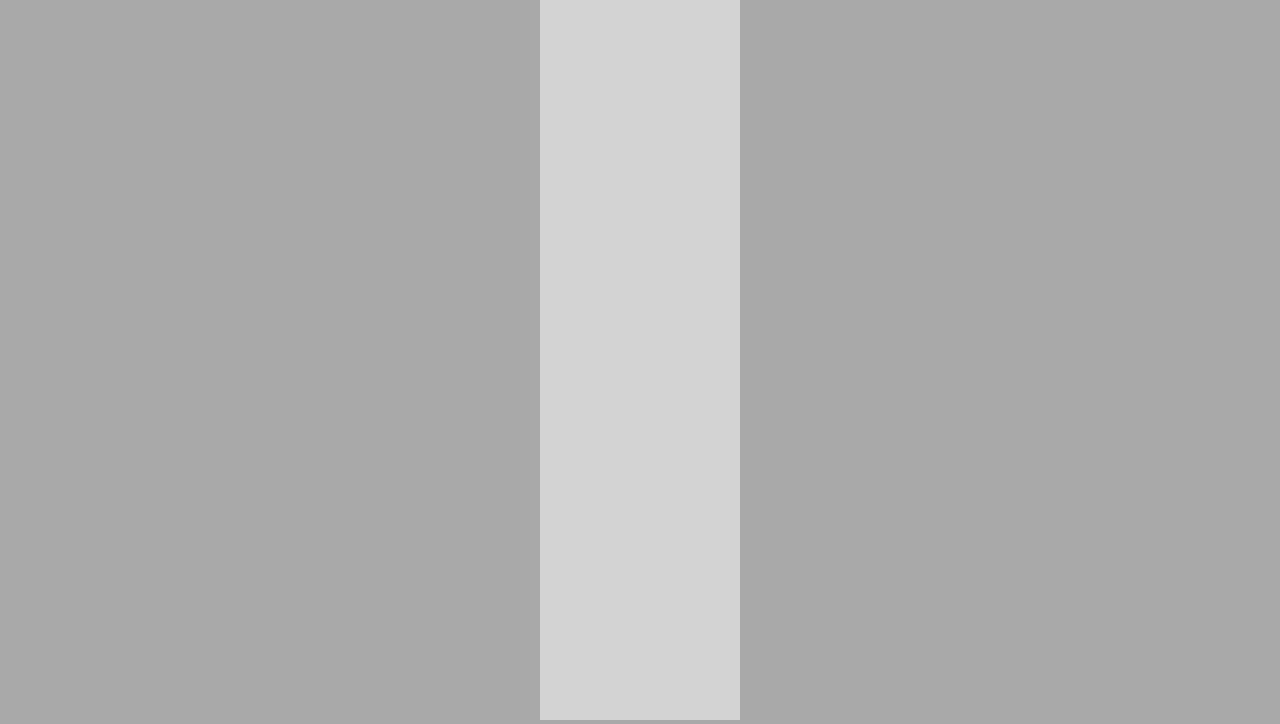
Repository: Krishna-bansall/neural-network-game
Page: index.html
An editor plug-in stored every save of this project. The page is shown before and after the next save, followed by the edit.
The browser window is 1280 px wide. The pictures show the whole page.

Above is the page before, as saved 2022-07-30 01:16:54.

### index.html
<!DOCTYPE html>
<html lang="en">
	<head>
		<meta charset="UTF-8" />
		<meta http-equiv="X-UA-Compatible" content="IE=edge" />
		<meta name="viewport" content="width=device-width, initial-scale=1.0" />
		<title>Document</title>
		<link rel="stylesheet" href="styles.css" />
	</head>
	<body>
		<canvas id="myCanvas" width="200"></canvas>

		<script src="Car.js"></script>
		<script src="app.js"></script>
	</body>
</html>

### styles.css
body {
    overflow: hidden;
    margin: 0;
    text-align: center;
    background: darkgray;
}

#myCanvas {
    background: lightgray;

}

### Car.js
class Car {
	constructor(x, y, width, height) {
		this.x = x;
		this.y = y;
		this.width = width;
		this.height = height;
	}
	draw(ctx) {
		ctx.beginPath();
		ctx.rect(
			this.x - this.width / 2,
			this.y - this.height / 2,
			this.width,
			this.height
		);
		ctx.fill();
	}
}

### app.js
const canvas = document.getElementById("myCanvas");
canvas.height = window.innerHeight;

const ctx = canvas.getContext("2d");
const car = new Car(100, 100, 30, 50);

After the next save:
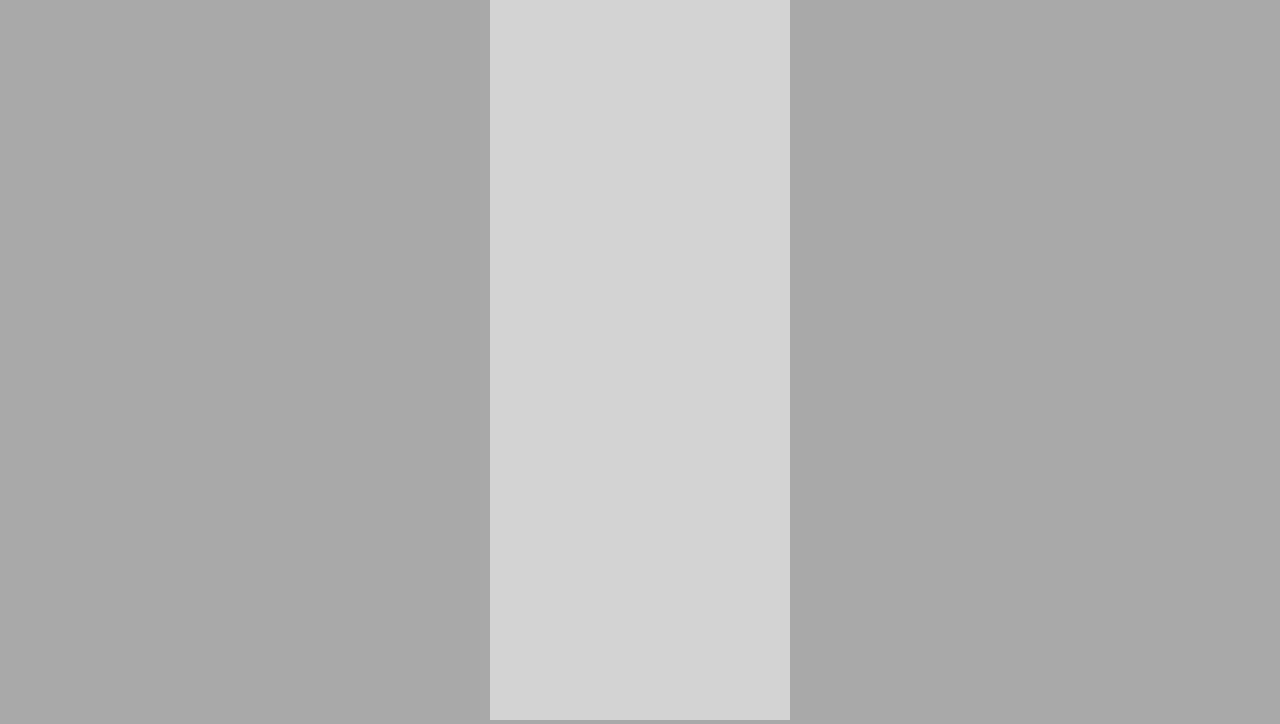
Saved 84 s later.
--- a/index.html
+++ b/index.html
@@ -8,7 +8,7 @@
 		<link rel="stylesheet" href="styles.css" />
 	</head>
 	<body>
-		<canvas id="myCanvas" width="200"></canvas>
+		<canvas id="myCanvas"></canvas>
 
 		<script src="Car.js"></script>
 		<script src="app.js"></script>

After the save that followed:
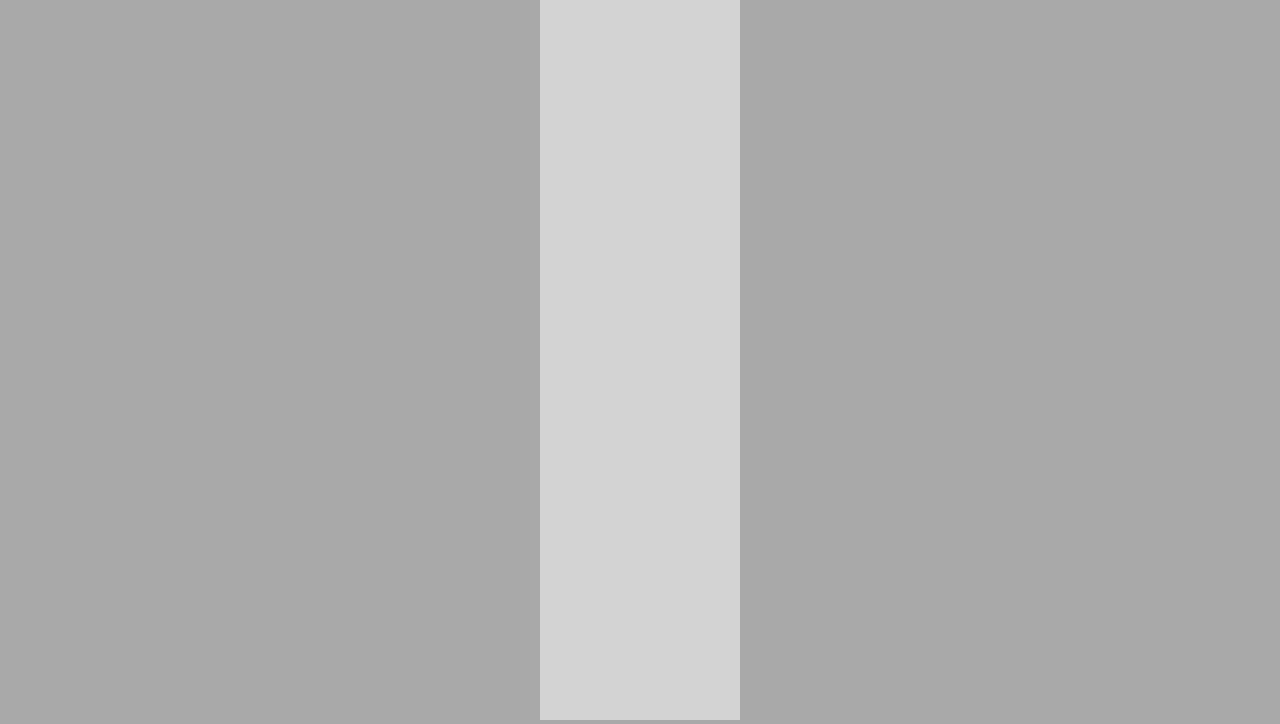
Saved 16 s later.
--- a/app.js
+++ b/app.js
@@ -1,5 +1,6 @@
 const canvas = document.getElementById("myCanvas");
 canvas.height = window.innerHeight;
+canvas.width = 200;
 
 const ctx = canvas.getContext("2d");
 const car = new Car(100, 100, 30, 50);
